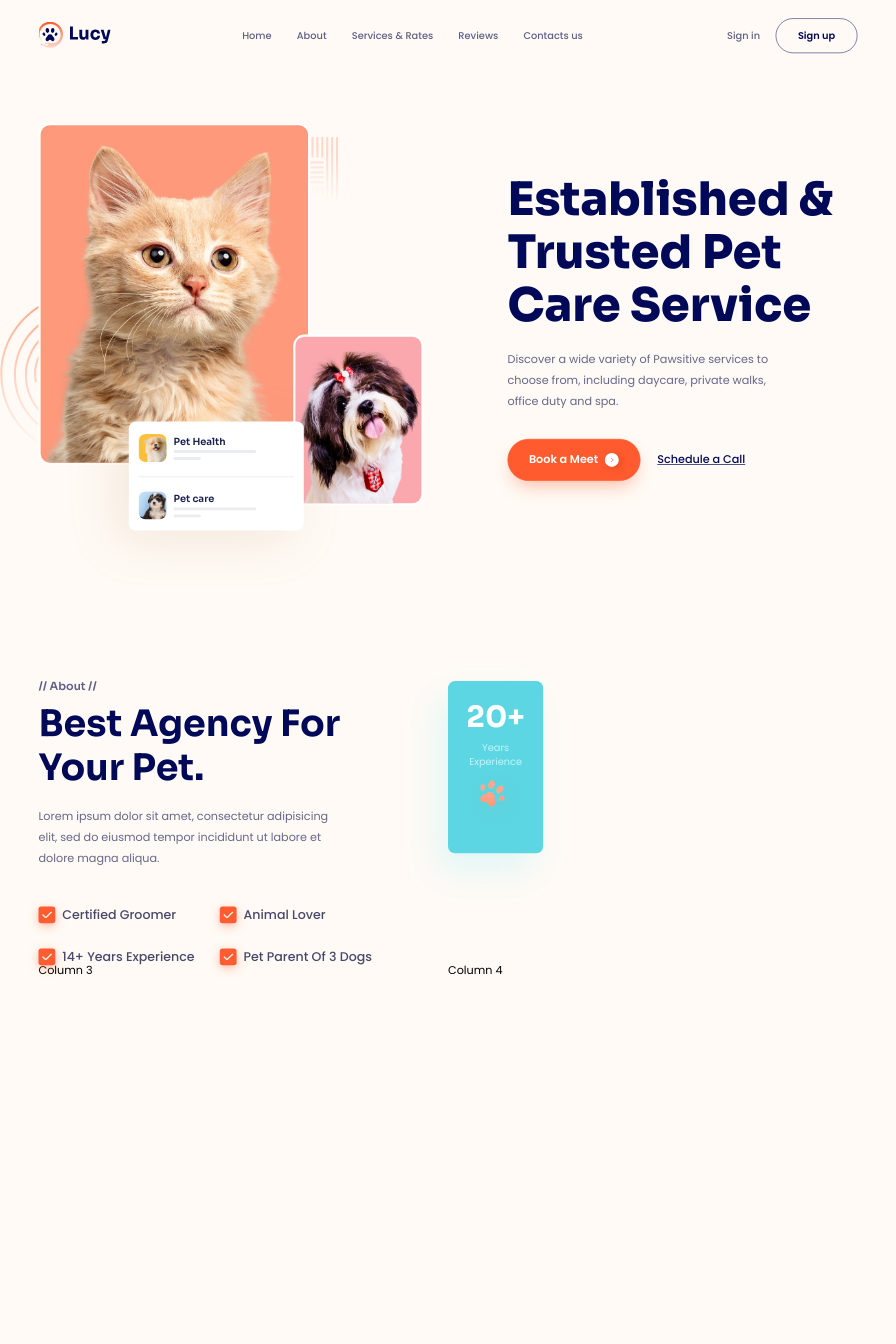
Repository: empty24062002/f8-project-05
Page: index.html
An editor plug-in stored every save of this project. The page is shown before and after the next save, followed by the edit.
The browser window is 1280 px wide. The pictures show the part of the page from y = 0 to 1920 px (the page is 10965 px tall), at 70% of full size.

Above is the page before, as saved 2023-09-11 10:10:00.

After the next save:
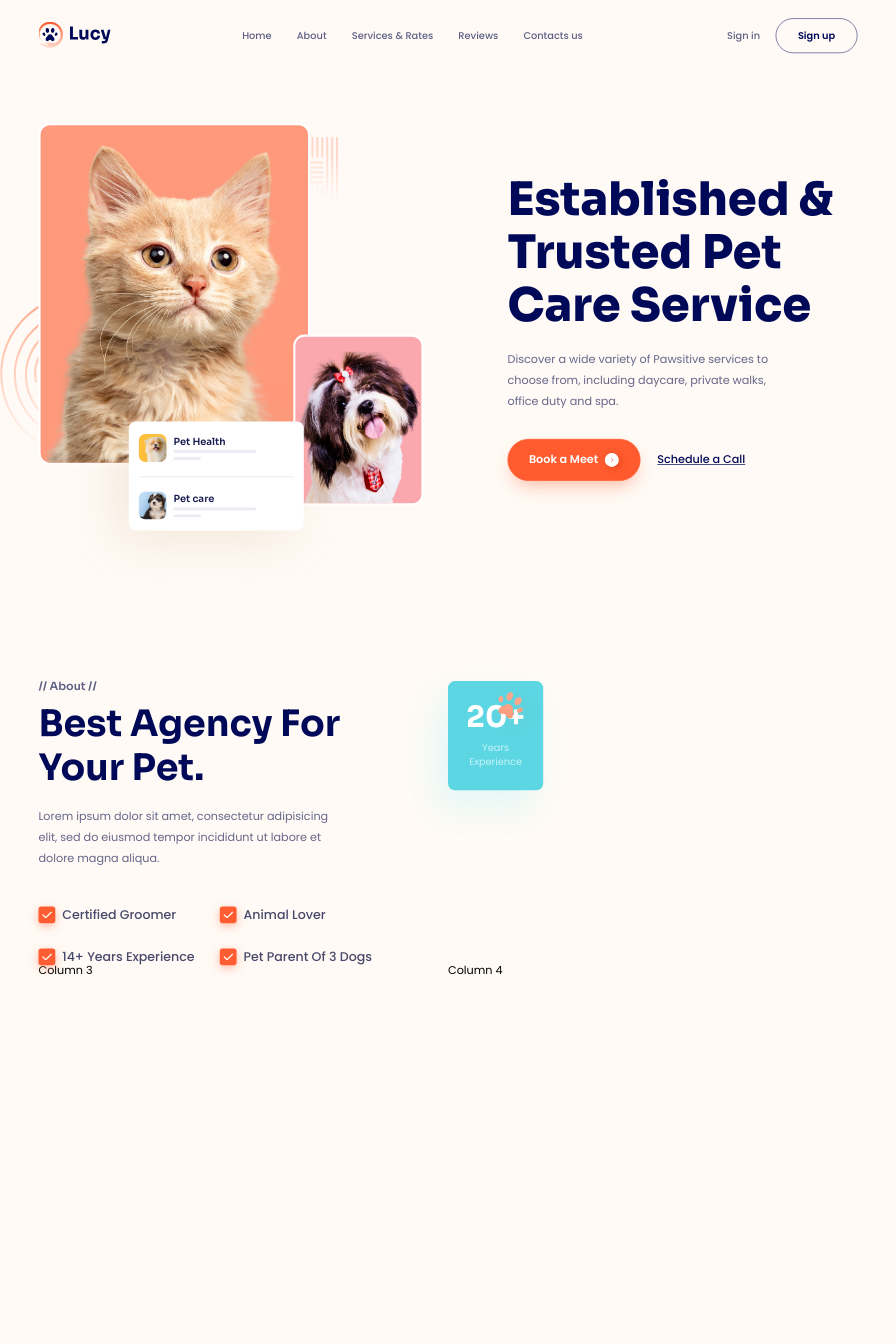
Saved 94 s later.
--- a/assets/css/styles.css
+++ b/assets/css/styles.css
@@ -356,6 +356,7 @@ a {
 }
 
 .about__card {
+    position: relative;
     width: 136px;
     padding: 30px 26px;
     text-align: center;
@@ -379,3 +380,9 @@ a {
     font-weight: 400;
     line-height: 1.42;
 }
+
+.about__card-decor {
+    position: absolute;
+    top: 0;
+    right: 0;
+}
